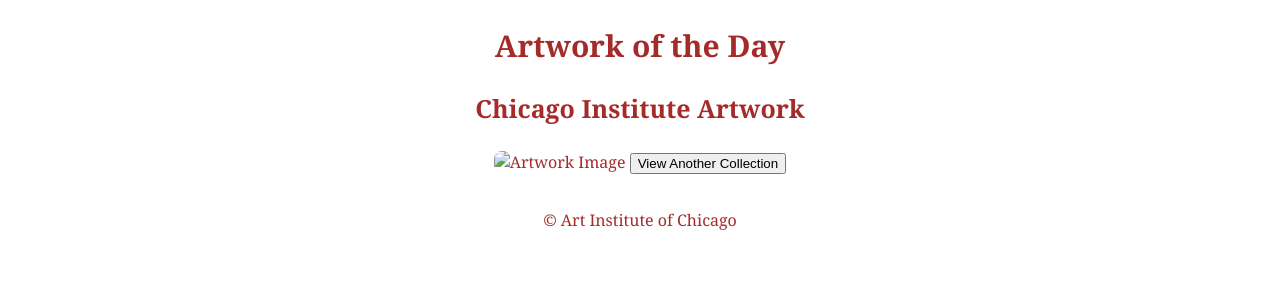
Repository: Bearandbird/amber-hinojos-API-project-haumea
Page: index.html
An editor plug-in stored every save of this project. The page is shown before and after the next save, followed by the edit.
The browser window is 1280 px wide. The pictures show the whole page.
The page's requests for data from a server got no answer.

Above is the page before, as saved 2024-05-27 11:30:29.

### index.html
<!DOCTYPE html>
<html lang="en">

<head>
    <link rel="stylesheet" href="./index.css"/>
    <meta charset="UTF-8" />
    <meta name="viewport" content="width=device-width, initial-scale=1.0" />
    <title>Art of the Day</title>
</head>

<body>
    <section id="artwork">
        <h1>Artwork of the Day</h1>
        <div id="artwork-container"></div>
    </section>

    <section id="artworkSection">
        <h2 id="artworkName">Chicago Institute Artwork</h2>
        <h3 id="artworkTitle"></h3>
        <h4 id="artistTitleId"></h4>
        <div id="artistInfo"></div>
        <img id="artworkImage" alt="Artwork Image" />
        <button id="other-collection-button">View Another Collection</button>
        <footer>
            <p>&copy; Art Institute of Chicago</p>
        </footer>
    </section>

    <script src="./index.js"></script>
</body>
</html>

### index.css
body {
    font-family: Cambria, Cochin, Georgia, Times, 'Times New Roman', serif;
    background-color: #ffffff;
    color:brown;
    text-align: center;
  }

  h1 {
    color: brown;
    font-size: 30px;

  }

  h2 {
    font-size: 25px;
  }

  h3 {
    color:slategrey;
    font-style: italic;
    font-size: 20px;
    font-weight: lighter;
  }

  #artistTitleId {
    color: slategray;
    font-size: 20px;
    font-weight:lighter
}

.artistDates {
    font-size: 16px;
    color: #666;
    margin-bottom: 5px;
}

  .container {
    max-width: 600px;
    margin: 0 auto;
    padding: 20px;
    background-color: #fff;
    border-radius: 8px;
    box-shadow: 0 4px 8px rgba(0, 0, 0, 0.1);
  }

  img {
    max-width: 30rem;
    margin-left: auto;
    margin-right: auto;
    border-radius: 8px;
    margin-bottom: 20px;
}

  .artwork-info {
    font-size: 16px;
  }

  .artwork-info p {
    margin: 0;
    margin-bottom: 10px;
  }

  .error-message {
    color: red;
  }

### index.js
document.addEventListener('DOMContentLoaded', () => {
  const projectsSection = document.querySelector("#artwork");
  const projectsList = projectsSection.querySelector("#artwork-container");

  const artworkIds = [869,2189,2816,4081,4428,4575,4758,4773,4788,4796,4884,5357,5848,6565,6596,7021,7124,8624,8633,8958,8991,9010,9503,9512,11272,11320,11393,11434,11723,13720,13853,14572,14574,14591,14598,14655,14968,15401,15468,15563,16146,16169,16231,16298,16327,16362,16487,16488,16499,16551,16568,16571,16776,16964,18709,18757,19339,20432,20579,20684,21023,23333,23506,23684,23700,23972,24306,24548,24645,24836,25332,25853,25865,27307,27310,27984,27987,27992,28067,28560,28849,30709,30839,31285,34116,34181,34286,34299,35198,35376,36132,36161,37368,37761,38930,40619,42566,43060,43145,43714,44018,44741,44892,46230,46327,47149,49195,49686,49691,49702,49714,50148,50157,50276,50330,50909,51185,52560,52679,52736,53001,55249,55384,55706,56682,56731,56905,57051,57819,58540,59426,59787,59847,60031,60755,60812,61128,61428,61603,61608,62042,62371,63178,63234,63554,64276,64339,64724,64729,64818,64884,65290,65868,65916,66039,66434,66683,68769,68823,69109,69780,70003,70202,70207,70443,70739,71396,71829,72726,72728,72801,73216,73413,73417,75644,76054,76240,76244,76279,76295,76395,76571,76779,76816,76869,79307,79379,79507,79600,80062,80084,80479,80607,81512,81558,81564,83642,83889,83905,84241,84709,85533,86340,86385,86421,87045,87163,87479,87643,88724,88793,88977,89403,89856,90048,90300,90443,90536,90583,91194,91620,93345,93811,93900,95998,97402,97910,97916,99539,99602,99766,100079,100089,100250,100472,100829,100858,102131,102234,102295,102591,102611,102963,103347,103887,103943,104031,104043,104094,105073,105105,105203,105466,105800,106538,107069,107300,109275,109330,109439,109686,109780,109819,109926,110507,110634,110663,110881,111060,111164,111317,111377,111380,111400,111401,111436,111442,111559,111610,111617,111628,111642,111654,111810,112092,117188,117266,117271,118661,118746,119454,119521,120154,122054,125660,126981,127644,127859,129884,131385,131541,135430,137125,140645,142526,144272,144361,144969,145681,146701,146905,146953,146988,146989,146991,147003,147508,147513,148412,149681,149776,150054,150739,151358,151363,151371,151424,153244,153701,154232,154235,154237,154238,155969,156442,156474,156538,157056,157156,157160,159136,159824,160144,160201,160222,160226,180298,181091,181145,181774,182728,183077,183277,184095,184186,184193,184324,184362,184371,184672,185180,185184,185222,185619,185651,185760,185766,185905,185963,186047,186049,186392,187155,187165,187528,188540,188844,188845,189207,189289,189290,189595,189600,189715,189775,189807,189932,190224,190558,191197,191371,191454,191556,192689,192890,193664,196323,198809,199002,199854,207293,210482,210511,217201,218612,220179,220272,221885,223309,225016,227420,229351,229354,229393,229406,229510,229866,230189,234004,234433,234781,234972,238749];

  //Randomly generate an index into the array to get a valid artwork id
  const randomInt = Math.floor(Math.random() * artworkIds.length);
  const randomId = artworkIds[randomInt];
  console.log(randomId);
  const url = `https://api.artic.edu/api/v1/artworks/${randomId}`;
  console.log(url);

  // Fetch the artwork data
  fetch(url)
      .then((response) => {
          if (!response.ok) {
              throw new Error("Failure to Load");
          }
          return response.json(); // Parse the response as JSON
      })
      .then((data) => {
          // Get info about artwork
          const artwork = data.data;
          const title = artwork.title;
          const artistTitle = artwork.artist_title;
          const artistId = artwork.artist_id;
          const artworkImageID = artwork.image_id;

          // Add the title to the html
          const artworkTitle = document.getElementById("artworkTitle");
          artworkTitle.innerHTML = `Title: ${title}`;

          // If artist information is available, then add it to the html
          if (artistTitle != null) {
              const artistTitleElement = document.getElementById("artistTitleId");
              artistTitleElement.innerHTML = `Artist: ${artistTitle}`;
          }

          // Get the artwork image for the image id
          const artworkSrcString = `https://www.artic.edu/iiif/2/${artworkImageID}/full/843,/0/default.jpg`;

          // Add it to the img block
          const artworkImage = document.getElementById("artworkImage");
          artworkImage.setAttribute("src", artworkSrcString);

          // Fetch artist birth and death date if available
          if (artistId) {
              fetch(`https://api.artic.edu/api/v1/artists/${artistId}`)
                  .then(response => {
                      if (!response.ok) {
                          throw new Error("Failed to load artist info");
                      }
                      return response.json();
                  })
                  .then(artistData => {
                      const artist = artistData.data;
                      const artistBirthDate = artist.birth_date;
                      const artistDeathDate = artist.death_date;

                      const artistInfoElement = document.getElementById("artistInfo");
                      artistInfoElement.innerHTML = `
                          <p>Birth Date: ${artistBirthDate}</p>
                          <p>Death Date: ${artistDeathDate}</p>
                      `;
                  })
                  .catch(error => console.error('Error fetching artist info:', error));
          }
      })
      .catch((error) => {
          console.error(`Image ${randomId} not found`, error);
      });

  // Add event listener to the button for fetching another random collection
  const button = document.getElementById('other-collection-button');
  button.addEventListener('click', () => {
      console.log("Button clicked! Fetching another collection...");
      fetch('https://api.artic.edu/api/v1/collections')
          .then(response => response.json())
          .then(data => {
              console.log("Collections fetched:", data);
              if (data.data && data.data.length > 0) {
                  const collections = data.data;
                  const randomIndex = Math.floor(Math.random() * collections.length);
                  const randomCollectionID = collections[randomIndex].id;

                  // Construct the URL to the random collection page
                  const collectionUrl = `https://www.artic.edu/collection/${randomCollectionID}`;
                  console.log("Redirecting to:", collectionUrl);
                  window.location.href = collectionUrl;
              } else {
                  alert('No collections found.');
              }
          })
          .catch(error => {
              console.error('Error fetching collections data:', error);
              alert('Failed to load collections. Please try again later.');
          });
  });
});

After the next save:
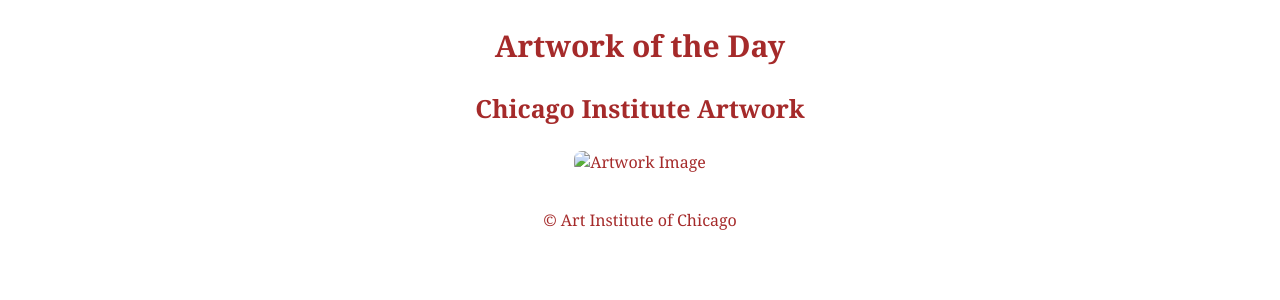
Console error: TypeError: Cannot read properties of null (reading 'addEventListener')
Saved 4 min 47 s later.
--- a/index.html
+++ b/index.html
@@ -5,13 +5,16 @@
     <link rel="stylesheet" href="./index.css"/>
     <meta charset="UTF-8" />
     <meta name="viewport" content="width=device-width, initial-scale=1.0" />
-    <title>Art of the Day</title>
+    <title> Art of the Day</title>
+
 </head>
 
 <body>
     <section id="artwork">
         <h1>Artwork of the Day</h1>
-        <div id="artwork-container"></div>
+        <div id= "artwork-container">
+
+        </div>
     </section>
 
     <section id="artworkSection">
@@ -20,12 +23,15 @@
         <h4 id="artistTitleId"></h4>
         <div id="artistInfo"></div>
         <img id="artworkImage" alt="Artwork Image" />
-        <button id="other-collection-button">View Another Collection</button>
+
+
+
         <footer>
             <p>&copy; Art Institute of Chicago</p>
         </footer>
-    </section>
 
-    <script src="./index.js"></script>
+<script src="./index.js"></script>
+
 </body>
+
 </html>
